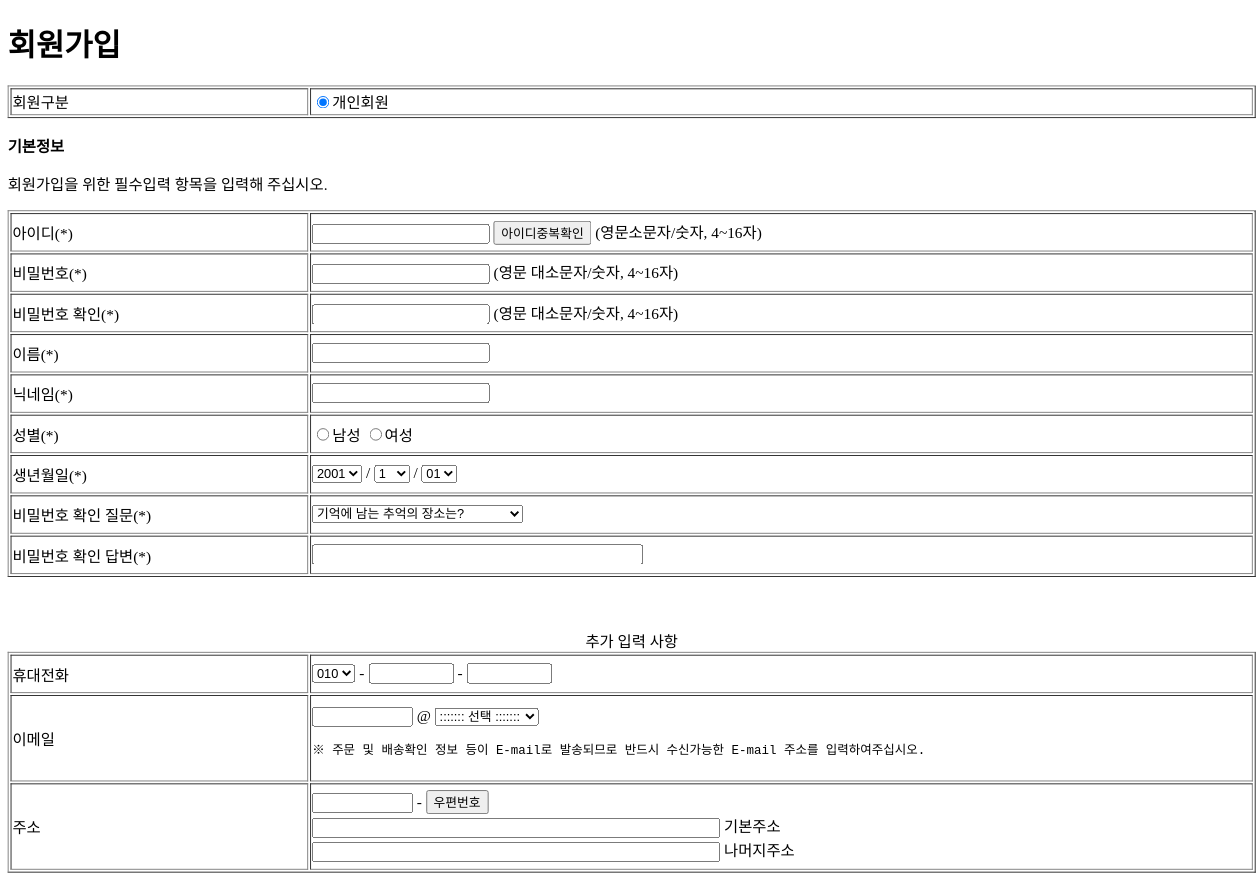
Repository: Leewonhoo/kostaweb
Page: project_div/WebContent/Register.html
The author's editor kept a copy of each file at every save. The page is drawn from the files as they stood at one save, then again after the next save.
The browser window is 1280 px wide. The page is 1308 px wide, so the pictures cover 1308 px, including what lies to the right of the window. The pictures show the whole page, at 96% of full size.

Above is the page before, as saved 2017-09-11 10:14:42.

After the next save:
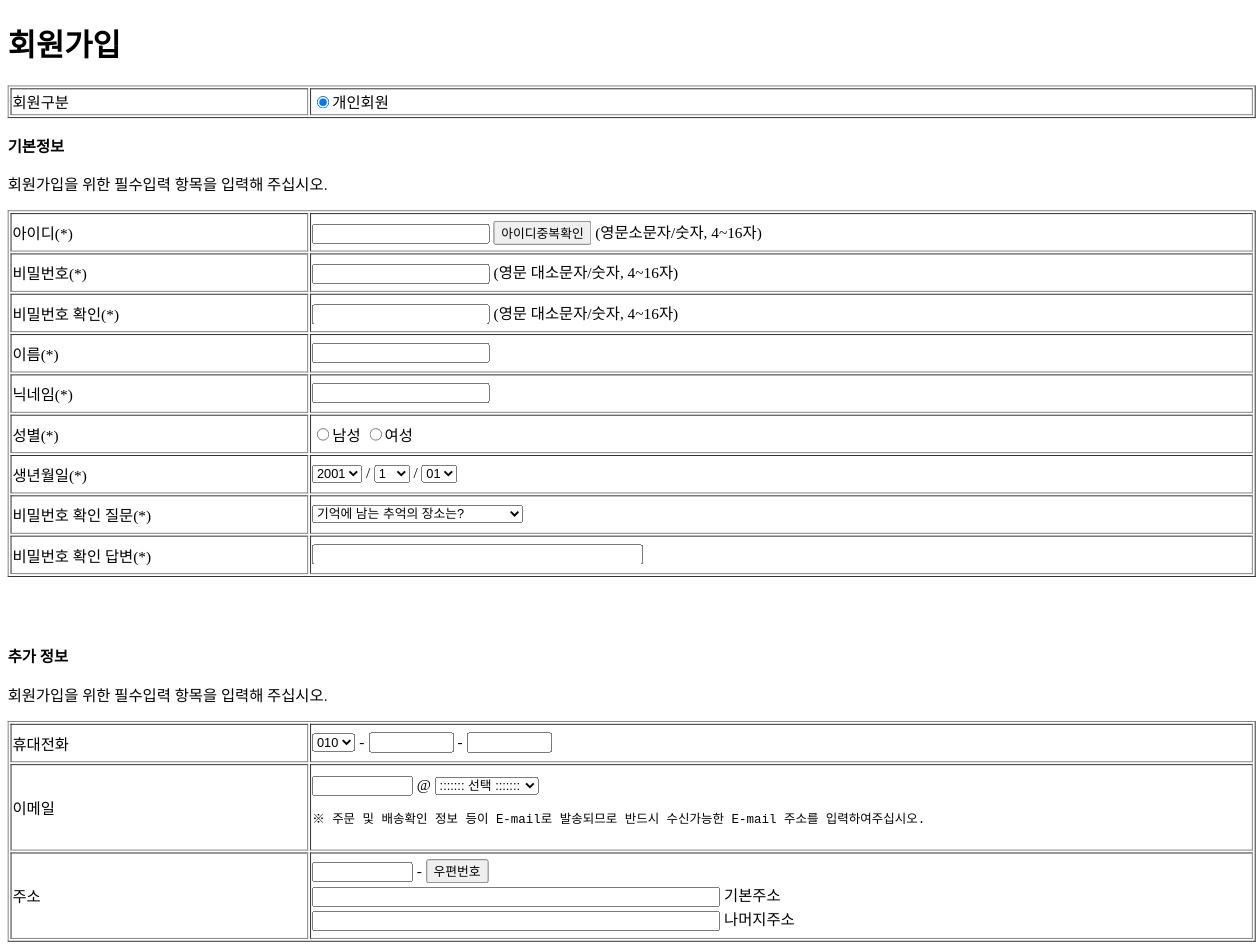
Saved 2 h 35 min later.
--- a/project_div/WebContent/Register.html
+++ b/project_div/WebContent/Register.html
@@ -13,9 +13,7 @@
 				checked="checked">개인회원</td>
 		</tr>
 	</table>
-	<p>
-		<b>기본정보</b>
-	</p>
+	<p><b>기본정보</b></p>
 	<p>회원가입을 위한 필수입력 항목을 입력해 주십시오.</p>
 	<table border="1" width="1300px">
 		<tr height="40px">
@@ -152,9 +150,9 @@
 	</table>
 
 	<br><br><br>
-
+	<p><b>추가 정보</b></p>
+	<p>회원가입을 위한 필수입력 항목을 입력해 주십시오.</p>
 	<table border="1" width="1300px">
-		<caption>추가 입력 사항</caption>
 		<tr height="40px">
 			<td width="250px">휴대전화</td>
 			<td width="800px">
